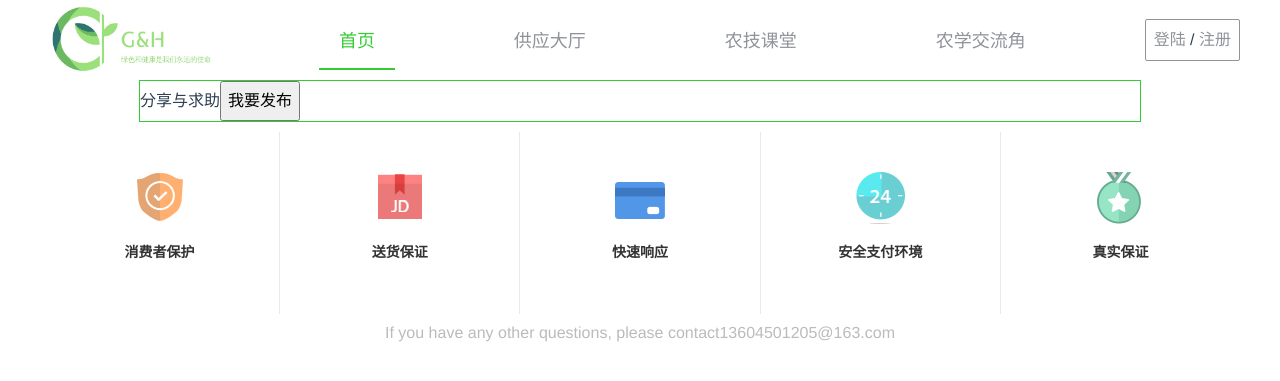
Repository: Miraitowa007/neau
Page: /communication
The author's editor kept a copy of each file at every save. The page is drawn from the files as they stood at one save, then again after the next save.
The browser window is 1280 px wide. The pictures show the whole page.
The project was rebuilt for these pictures with package versions that can differ from the ones it lists, and the page was loaded fresh each time. Also part of the build but not shown: vue.config.js, src/views/home/index.vue, src/views/login/index.vue, src/views/sale/index.vue, src/views/class/index.vue.

Above is the page before, as saved 2021-04-30 11:08:33.

### src/main.js
import Vue from 'vue'
import App from './App.vue'
import router from './router'
import ElementUI from 'element-ui';
import 'element-ui/lib/theme-chalk/index.css';
import '@/style/normalize.css'
import store from './store'
import api from './api/index'

Vue.use(ElementUI);
Vue.use(api);
Vue.config.productionTip = false

new Vue({
  router,
  store,
  render: h => h(App)
}).$mount('#app')

### src/App.vue
<template>
  <div id="app">
    <web-header></web-header>
    <router-view></router-view>
    <bottom></bottom>
  </div>
</template>

<script>
import WebHeader from './components/webheader.vue'
import Bottom from './components/bottom.vue'

export default {
  name: 'App',
  components: {
    WebHeader,
    Bottom
  }
}
</script>

<style lang="scss">
#app {
  font-family: Avenir, Helvetica, Arial, sans-serif;
  -webkit-font-smoothing: antialiased;
  -moz-osx-font-smoothing: grayscale;
  text-align: center;
  color: #2c3e50;
}
</style>

### src/router.js
import Vue from 'vue'
import Router from 'vue-router'
import Home from './views/home'
import Login from './views/login'
import Sale from './views/sale'
import Communication from './views/communication'
import Class from './views/class'
Vue.use(Router)

export default new Router({
    mode:'history',
    routes:[
        {
            path:'/',
            name:'index',
            redirect: '/index',
            meta:{}
        },
        {
            path:'/index',
            name:'home',
            component:Home,
            meta:{}
        },
        {
            path:'/sale',
            name:'sale',
            component:Sale,
            meta:{},
        },
        {
            path:'/sale/detail',
            name:'product_detail',
            component:()=>import('./views/sale/details')
        },
        {
            path:'/class',
            name:'class',
            component:Class,
            meta:{}
        },
        {
            path:'/communication',
            name:'communication',
            component:Communication,
            meta:{}
        },
        {
            path:'/login',
            name:'login',
            component:Login,
            meta:{}
        }
    ]
})

### src/store.js
import Vue from 'vue';
import Vuex from 'vuex';
Vue.use(Vuex);
export default new Vuex.Store({
    state:{
        isLogin:false,
        userName:''
    },
    mutations:{
        getUserName(state,name){
            state.userName=name
        }
    },
    actions:{

    },
    getters:{
        getIsLogin(state){
            return state.isLogin
        },
        getUserName(state){
            return state.userName
        }
    }
})

### src/api/index.js
import * as api_product from './productList'
import * as api_news from './newsList'

const apiObj = {
  api_product,
  api_news
}

const install = function (Vue) {
  if (install.installed) return
  install.installed = true

  //定义属性到Vue原型中
  Object.defineProperties(Vue.prototype, {
    $fetch: {
      get() {
        return apiObj
      }
    }
  })
}

export default {
  install
}

### src/components/webheader.vue
<template>
    <div class="webHeader">
        <router-link to="/index" class="logo">
            <img src="@/assets/images/logo.jpg" alt="" srcset="" >
        </router-link>
        <el-menu :default-active="activeIndex" class="el-menu-demo" mode="horizontal" @select="handleSelect" active-text-color="#32CD32">
            <el-menu-item index="1">
                <router-link to="/index">
                    首页
                </router-link>
            </el-menu-item>
            <el-menu-item index="2">
                <router-link to="/sale">
                    供应大厅
                </router-link>
            </el-menu-item>
            <el-menu-item index="3">
                <router-link to="/class">
                    农技课堂
                </router-link>
            </el-menu-item>
            <el-menu-item index="4">
                <router-link to="/communication">
                    农学交流角
                </router-link>
            </el-menu-item>
        </el-menu>
        <div v-if="!getIsLogin" class="login">
            <router-link to="/communication">
                登陆
            </router-link>
            <span>/</span>
            <router-link to="/communication">
                注册
            </router-link>
        </div>
        <div v-else>
            <el-dropdown>
                <span class="el-dropdown-link">
                    {{getUserName}}<i class="el-icon-arrow-down el-icon--right"></i>
                </span>
                <el-dropdown-menu slot="dropdown">
                    <el-dropdown-item>
                        退出登陆
                    </el-dropdown-item>
                </el-dropdown-menu>
                </el-dropdown>
        </div>
    </div>
</template>
<script>
import {mapGetters} from 'vuex'
export default {
    name:'WebHeader',
    data(){
        return{
            activeIndex:'1'
        }
    },
    methods:{
        handleSelect(){

        }
    },
    computed:{
        ...mapGetters(['getIsLogin','getUserName'])
    }
}
</script>
<style lang="scss" scoped>
    .webHeader{
        width:1200px;
        height: 80px;
        line-height: 80px;
        display: flex;
        align-items: center;
        margin: 0 auto;
        .logo{
            width: 180px;
            height: 80px;
            line-height: 80px;
            img{
                width: 180px;
                height: 80px;
                line-height: 80px;
            }
        }
        .el-menu-demo{
            height: 80px;
            line-height: 80px;
            background-color: #ffffff;
            border: none;
            flex-grow: 1;
            display: flex;
            align-items: center;
            justify-content: space-between;;
            text-decoration: none;
            .el-menu-item{
                font-size: 18px;
                color: #909399;
            }
        }
        .login{
            height: 40px;
            text-align: center;
            line-height: 40px;
            padding: 0 8px;
            border: 1px solid #909399;
            border-radius: 2px;
            overflow: hidden;
            a{
                color:#909399
            }
        }
    }
</style>

### src/components/bottom.vue
<template>
    <div>
        <ul class="statement">
            <li >
                <div class="protection"></div>
                <div class="title">消费者保护</div>
            </li>
            <li >
                <div class="divery"></div>
                <div class="title">送货保证</div>
            </li>
            <li >
                <div class="response"></div>
                <div class="title">快速响应</div>
            </li>
            <li >
                <div class="pay"></div>
                <div class="title">安全支付环境</div>
            </li>
            <li >
                <div class="Guarantee"></div>
                <div class="title">真实保证</div>
            </li>
        </ul>
        <div class="bottom">If you have any other questions, please contact13604501205@163.com</div>
    </div>
</template>
<script>
export default {
    name:'bottom',
    data(){
        return {

        }
    }
}
</script>
<style lang="scss" scoped>
.statement{
    width: 1200px;
    margin: 10px auto;
    display: flex;
    justify-content: space-around;
    li{
        border-right: 1px solid #e9e9e9;
        width: 240px;
        height: 182px;
        float: left;
        text-align: center;
        &:last-child{
            border: none;
        }
    }
    .title{
        color: #333;
        font-size: 14px;
        margin-top: 20px;
        display: block;
        font-weight: 700;
    }
    .protection{
        width: 50px;
        height: 52px;
        background: url('../assets/images/icon_sprite.png');
        margin: 40px auto 0;
    }
    .divery{
        width: 50px;
        height: 52px;
        background: url('../assets/images/icon_sprite.png');
        margin: 40px auto 0;
        background-position: 0 -64px
    }
    .response{
        width: 50px;
        height: 52px;
        background: url('../assets/images/icon_sprite.png');
        margin: 40px auto 0;
        background-position: 0 -114px
    }
    .pay{
        width: 50px;
        height: 52px;
        background: url('../assets/images/icon_sprite.png');
        margin: 40px auto 0;
        background-position: 0 -168px
    }
    .Guarantee{
        width: 50px;
        height: 52px;
        background: url('../assets/images/icon_sprite.png');
        margin: 40px auto 0;
        background-position: 0 -220px;
    }
}
.bottom{
    margin: 0 auto 15px;
    color: #bbb;
    font-size: 16px;
}
</style>

### src/views/communication/index.vue
<template>
    <div class="communication">
        <header class="header">
            <div class="share">分享与求助</div>
            <button class="publish">我要发布</button>
        </header>
    </div>
</template>

<script>
export default {

}
</script>

<style lang="scss" scoped>
.communication{
    width: 1200px;
    margin: 0 auto;
    .header{
        width: 1000px;
        height: 40px;
        line-height: 40px;
        margin: 0 auto;
        display: flex;
        border: 1px solid #32CD32;
        .share{

        }
    }
}
</style>

### src/api/productList.js
import fetch from '../common'
export function getProductList(params){
    return fetch({
        url: `/list`,
        method: 'get',
        params
    })
}

### src/api/newsList.js
import fetch from '../common'
export function getNewsList(params){
    return fetch({
        url: `/articleList`,
        method: 'get',
        params
    })
}

### src/common/index.js
/*
 * @Author: ShiJInMing
 * @Date: 2021-04-28 16:34:49
 * @LastEditors: ShiJInMing
 * @LastEditTime: 2021-04-28 17:08:50
 */
import axios from 'axios'
// import router from 'src/router'
import { server_base_url } from '../../src/config/index'

//添加一个响应拦截器
axios.interceptors.response.use(function (res) {
    return res;
}, function (error) {
  let data = error.response.data;
  if (data.code == 20001) {
    let currentUrl = window.location.href;
    window.location = data.data.loginUrl + '?returnUrl=' + currentUrl;

  } else {
    return Promise.reject(error);
  }
})
export default function fetch(options) {
    return new Promise((resolve, reject) => {
        let arrHeader
        arrHeader = { 'Content-Type': 'application/json;charset=utf-8' }
        //创建一个axios实例
        const instance = axios.create({
        //设置默认根地址
        // baseURL: process.env.VUE_APP_BASE_API,
        baseURL: server_base_url,
        //设置请求超时设置
        timeout: 30000,
        //设置请求时的header
        headers: arrHeader,
        //允许跨域携带cookie
        withCredentials: true
        })

        //请求处理
        instance(options)
        .then((res) => {
            //请求成功时,根据业务判断状态
            if (res.data) {
            resolve(res.data)
            return false
            }
            else {
            resolve(res.data);
            return false
            }
        })
        .catch((error) => {
            //请求失败时,根据业务判断状态
            if (error.response) {
            if (error.response.status === 401) {
                // let currentUrl = encodeURIComponent(window.location.href)
                window.location = 'http://idssa.jd.com/sso/login?' + 'ReturnUrl=' + 'http://oper.jd.id'
            }
            reject(error.data)
            }
        })
    })
}

### src/config/index.js
/*
 * @Author: ShiJInMing
 * @Date: 2021-04-28 16:45:07
 * @LastEditors: ShiJInMing
 * @LastEditTime: 2021-04-28 17:09:11
 */
export const server_base_url = 'http://easy-mock.jd.com/mock/5feb2feb7226a9f39b3b1b7d/example'

Loaded but not shown: public/index.html (common file); src/style/normalize.css (library)

After the next save:
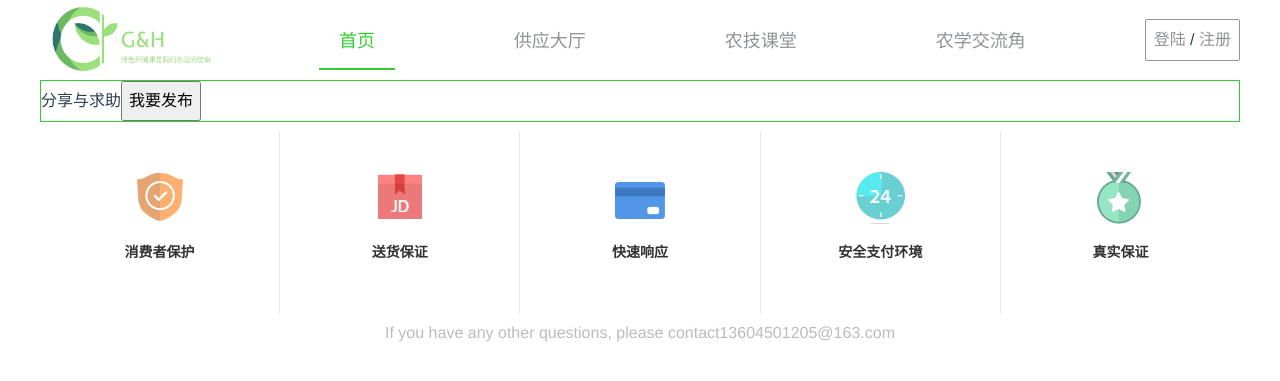
Saved 14 s later.
--- a/src/views/communication/index.vue
+++ b/src/views/communication/index.vue
@@ -18,7 +18,6 @@
     width: 1200px;
     margin: 0 auto;
     .header{
-        width: 1000px;
         height: 40px;
         line-height: 40px;
         margin: 0 auto;
